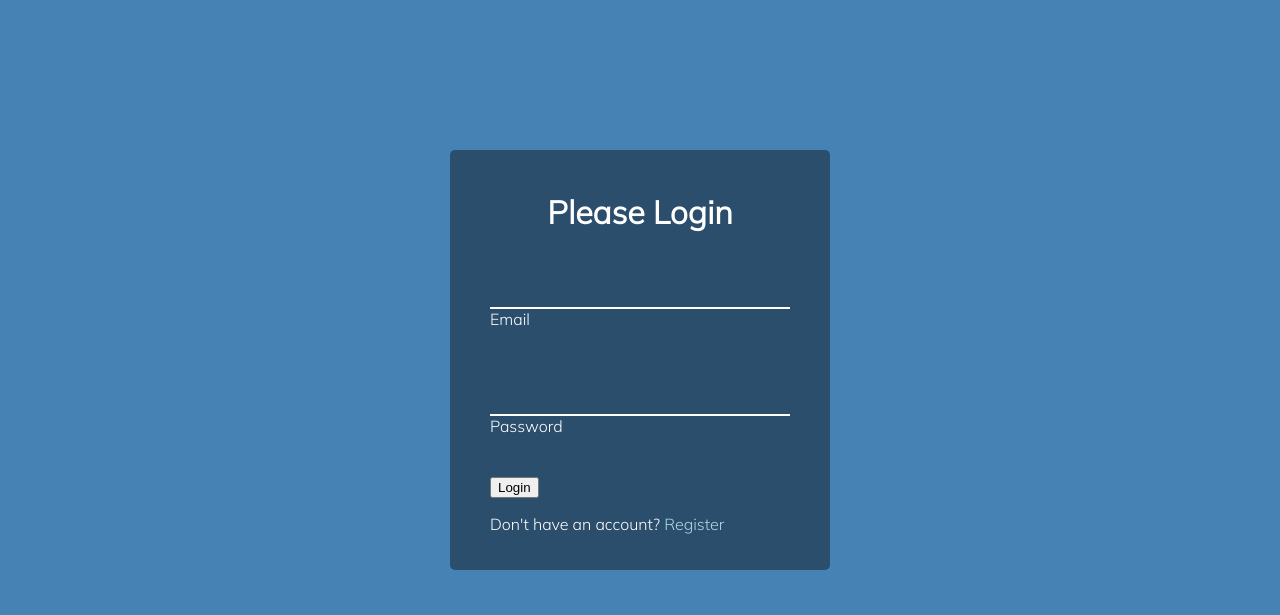
Repository: Berkan71/js-example-little-projects
Page: form-input-wave/index.html
An editor plug-in stored every save of this project. The page is shown before and after the next save, followed by the edit.
The browser window is 1280 px wide. The pictures show the whole page.

Above is the page before, as saved 2022-07-27 21:27:04.

### form-input-wave/index.html
<!DOCTYPE html>
<html lang="en">
<head>
    <meta charset="UTF-8">
    <meta http-equiv="X-UA-Compatible" content="IE=edge">
    <meta name="viewport" content="width=device-width, initial-scale=1.0">

    <link rel="stylesheet" href="style.css">
    <title>Form Input Wave</title>
</head>
<body>
    <div class="container">
        <h1>Please Login</h1>
        <form>
            <div class="form-control">
                <input type="text" required>
                <label>Email</label>
            </div>
            <div class="form-control">
                <input type="password" required>
                <label>Password</label>
            </div>

            <button class="btn">Login</button>

            <p class="text">Don't have an account? <a href="#">Register</a></p>
        </form>
    </div>

    <script src="script.js"></script>
</body>
</html>

### form-input-wave/style.css
@import url('https://fonts.googleapis.com/css2?family=Mulish:wght@300&display=swap');

* {
    box-sizing: border-box;
}

body {
    background-color: steelblue;
    color: #fff;
    font-family: 'Mulish', sans-serif;
    display: flex;
    flex-direction: column;
    align-items: center;
    justify-content: center;
    height: 100vh;
    overflow: hidden;
    margin: 0;
}

.container {
    background-color: rgba(0, 0, 0, 0.4);
    padding: 20px 40px;
    border-radius: 5px;
}

.container h1 {
    text-align: center;
    margin-bottom: 30px;
}

.container a {
    text-decoration: none;
    color: lightblue;
}

.form-control {
    position: relative;
    margin: 20px 0 40px;
    width: 300px;
}

.form-control input {
    background-color: transparent;
    border: 0;
    border-bottom:  2px #fff solid;
    display: block;
    width: 100%;
    padding: 15px 0;
}

Loaded but not shown: form-input-wave/script.js (no stored copy; drawn as an empty file)

After the next save:
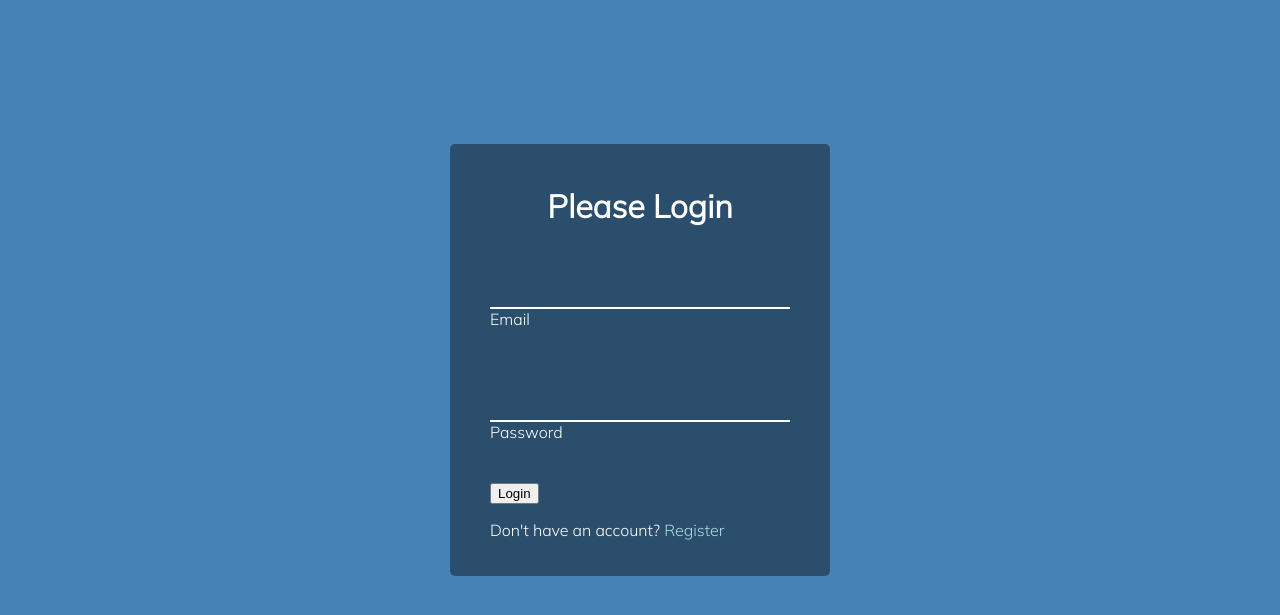
Saved 28 s later.
--- a/form-input-wave/style.css
+++ b/form-input-wave/style.css
@@ -46,4 +46,6 @@ body {
     display: block;
     width: 100%;
     padding: 15px 0;
+    font-size: 18px;
+    color: #fff;
 }
